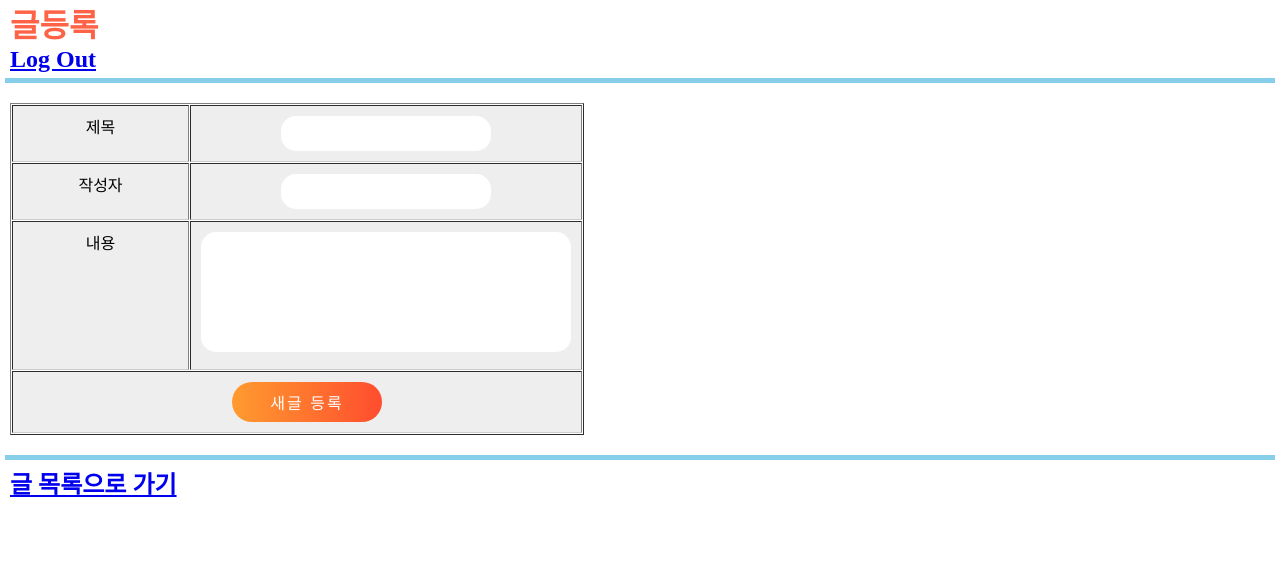
Repository: SRH-doit/doit_assignment
Page: http://localhost/myboard/insertBoard.jsp
An editor plug-in stored every save of this project. The page is shown before and after the next save, followed by the edit.
The browser window is 1280 px wide. The pictures show the whole page.
The page is served by Tomcat 9. Nobody is signed in. The application's start-up code is not run. Other server files are loaded and not shown.

Above is the page before, as saved 2023-05-28 09:45:20.

### 곽정근/mySpring/myboard/src/main/webapp/insertBoard.jsp
<%@ page language="java" contentType="text/html; charset=UTF-8"
    pageEncoding="UTF-8"%>
<!DOCTYPE html>
<html>
<head>
<meta charset="UTF-8">
<link href="/myboard/resources/css/style.css" rel="stylesheet"/>
<title>Insert Board</title>
</head>
<body>
<h1>글등록</h1>
<h3><a href="logout.do">Log Out</a></h3><hr>
<form action="insertBoard.do" method="post">
<table border="1">
<tr>
	<td>제목</td>
	<td><input type="text" name="title"/></td>
</tr>
<tr>
	<td>작성자</td>
	<td><input type="text" name="writer"/></td>
</tr>
<tr>
	<td>내용</td>
	<td><textarea name="content"></textarea></td>
</tr>
<tr>
	<td colspan="2"><input type="submit" value="새글 등록"/></td>
</tr>
</table>
</form><hr>
<h3><a href="getBoardList.do">글 목록으로 가기</a></h3>
</body>
</html>

### 곽정근/mySpring/myboard/src/main/webapp/resources/css/style.css
@charset "UTF-8";

* {
	margin: 0;
	padding: 0;
}

h1 {
	margin-left: 10px;
	color: tomato;
	text-align: left;
	font-size: 2em;
}

h3 {
	margin-left: 10px;
	color: limegreen;
	text-align: left;
	font-size: 1.5em;
}

hr {
	border: 0;
	height: 5px;
	background: skyblue;
	margin: 5px;
}

textarea {
	padding: 10px;
	width: 350px;
	height: 100px;
	resize: none;
	border: 0;
	border-radius: 15px;
	background-color: rgb(255, 255, 255);
	outline: none;
}

.box {
	margin-right: 10px;
	padding: .8em .5em;
	font-family: inherit;
	border: 1px solid #999;
	border-radius: 5px;
}

input[type="text"], input[type="password"] {
	width: 200px;
	height: 35px;
	font-size: 15px;
	border: 0;
	border-radius: 15px;
	outline: none;
	padding-left: 10px;
	background-color: rgb(255, 255, 255);
}

input[type="submit"], input[type="reset"], input[type="button"] {
	width: 150px;
	height: 40px;
	margin-left: 20px;
	border: 0;
	outline: none;
	border-radius: 40px;
	background: linear-gradient(to left, rgb(255, 77, 46), rgb(255, 155, 47));
	color: white;
	font-size: 1em;
	letter-spacing: 2px;
}

table {
	border-collapse: separate;
	border-spacing: 1px;
	text-align: center;
	line-height: 1.5;
	margin: 20px 10px;
}

table th {
	width: 155px;
	padding: 10px;
	font-weight: bold;
	vertical-align: top;
	color: #fff;
	background: #ce4869;
}

table td {
	width: 155px;
	padding: 10px;
	vertical-align: top;
	border-bottom: 1px solid #ccc;
	background: #eee;
}

After the next save:
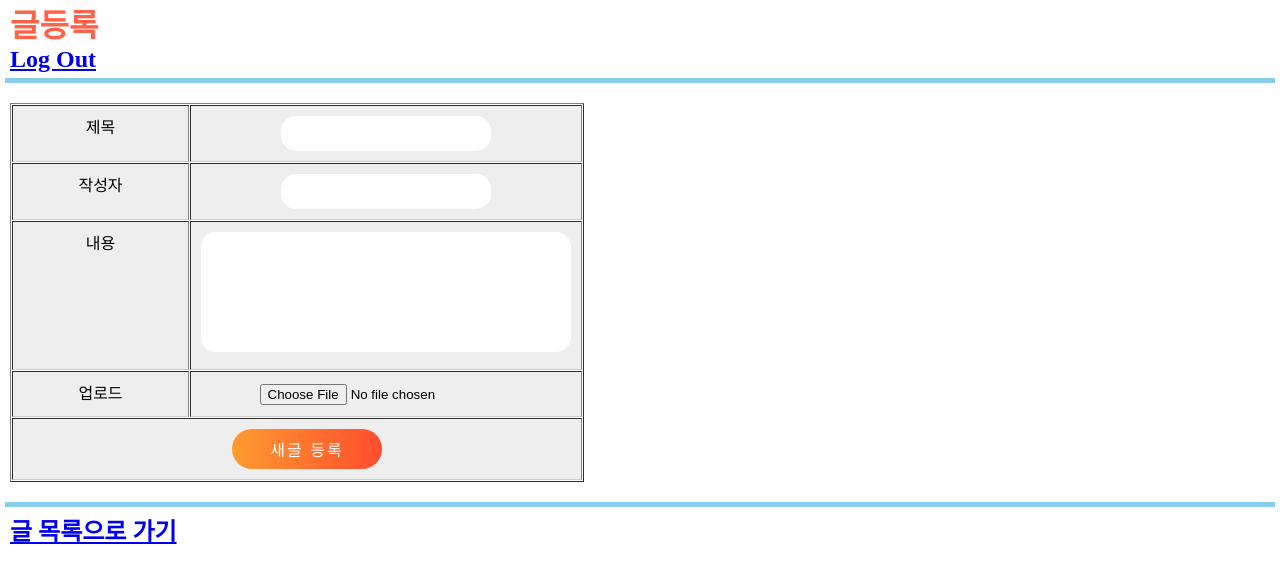
Saved 2 s later.
--- a/곽정근/mySpring/myboard/src/main/webapp/insertBoard.jsp
+++ b/곽정근/mySpring/myboard/src/main/webapp/insertBoard.jsp
@@ -10,7 +10,7 @@
 <body>
 <h1>글등록</h1>
 <h3><a href="logout.do">Log Out</a></h3><hr>
-<form action="insertBoard.do" method="post">
+<form action="insertBoard.do" method="post" enctype="multipart/form-data">
 <table border="1">
 <tr>
 	<td>제목</td>
@@ -25,6 +25,10 @@
 	<td><textarea name="content"></textarea></td>
 </tr>
 <tr>
+	<td>업로드</td>
+	<td><input type="file" name="uploadFile"/></td>
+</tr>
+<tr>
 	<td colspan="2"><input type="submit" value="새글 등록"/></td>
 </tr>
 </table>
